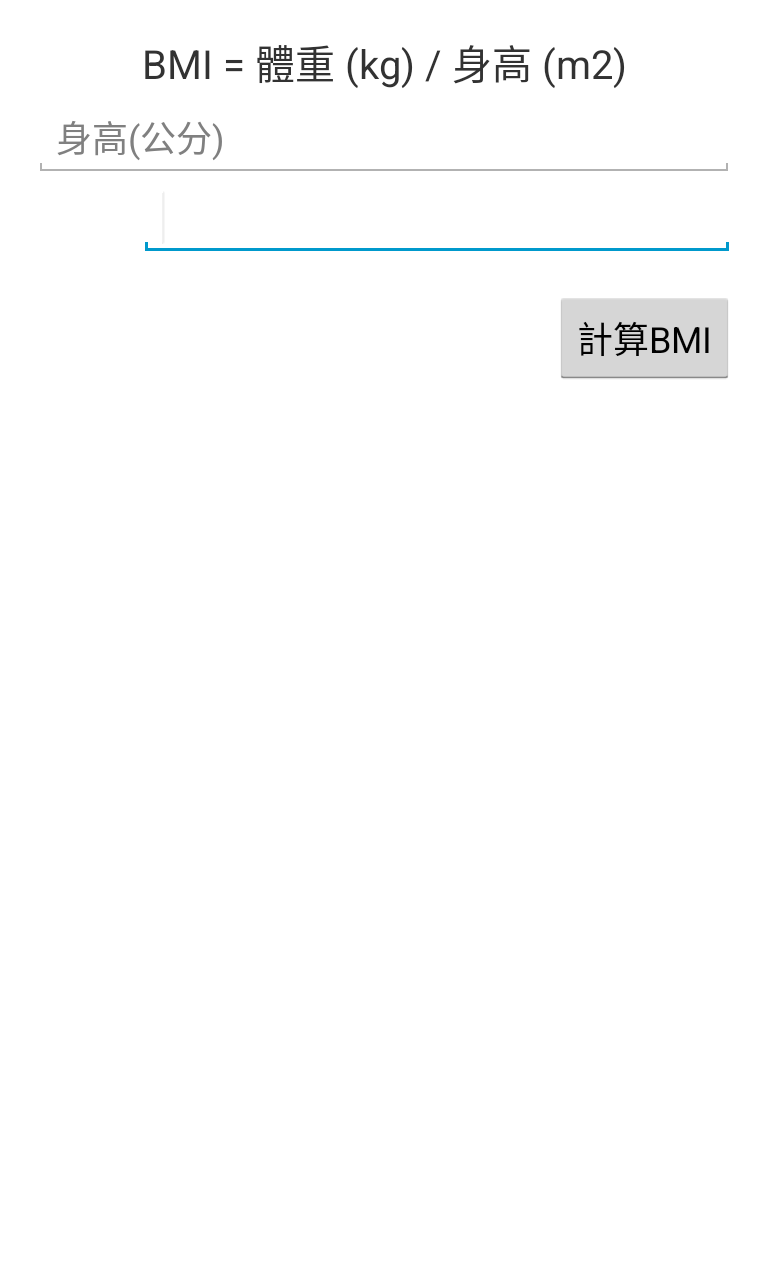
Repository: ericluo1123/myAndroidCode
Layout: myAndroidProject/res/layout/activity_main.xml
An editor plug-in stored every save of this project. The layout is shown before and after the next save, followed by the edit.
It is drawn on a 768 x 1280 px phone screen (xhdpi) without system bars, with theme AppTheme; the app's code is not run.

Above is the layout before, as saved 2014-09-26 06:03:52.

After the next save:
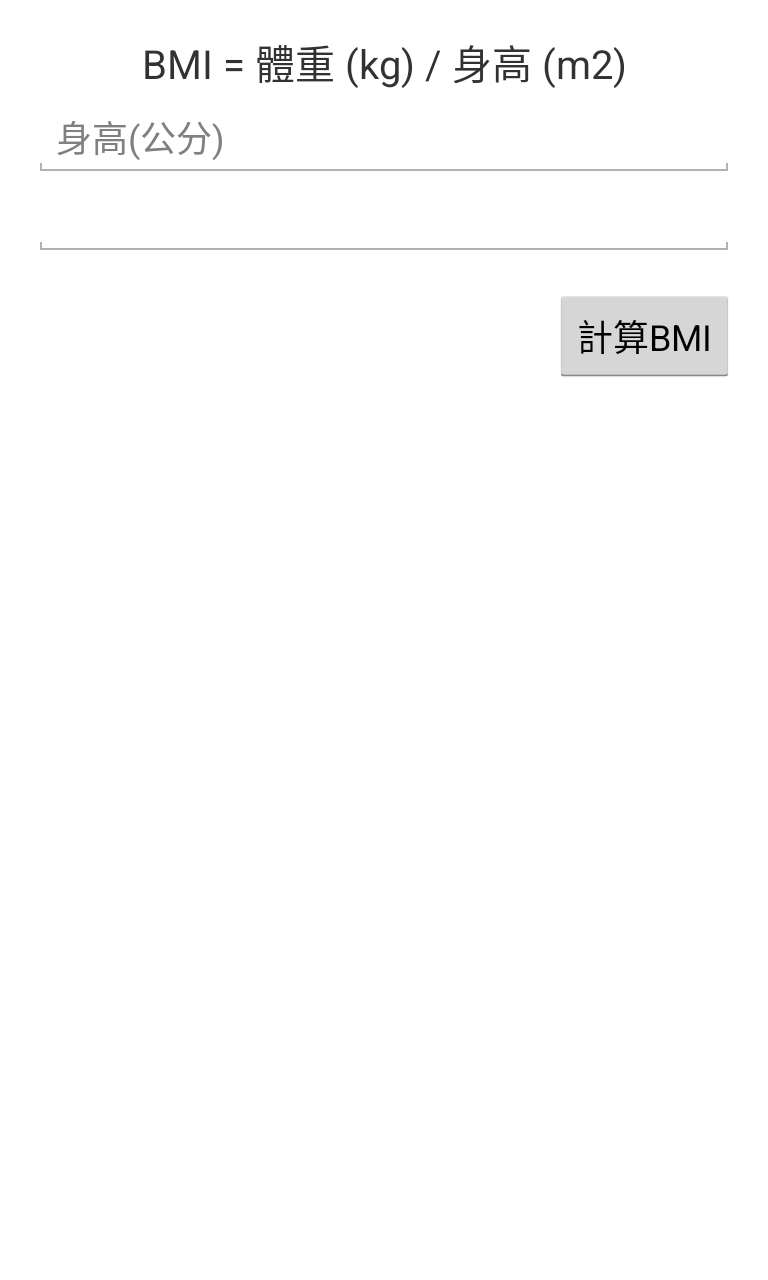
Saved 38 s later.
--- a/myAndroidProject/res/layout/activity_main.xml
+++ b/myAndroidProject/res/layout/activity_main.xml
@@ -32,13 +32,9 @@
         android:id="@+id/editText2"
         android:layout_width="match_parent"
         android:layout_height="wrap_content"
-        android:layout_alignLeft="@+id/editText1"
         android:layout_below="@+id/editText1"
-        android:layout_marginLeft="53dp"
-        android:ems="10" >
-
-        <requestFocus />
-    </EditText>
+        android:layout_centerHorizontal="true"
+        android:ems="10" />
 
     <Button
         android:id="@+id/button1"
@@ -46,7 +42,7 @@
         android:layout_height="wrap_content"
         android:layout_alignRight="@+id/editText2"
         android:layout_below="@+id/editText2"
-        android:layout_marginTop="16dp"
+        android:layout_marginTop="15dp"
         android:text="計算BMI" />
 
 </RelativeLayout>
